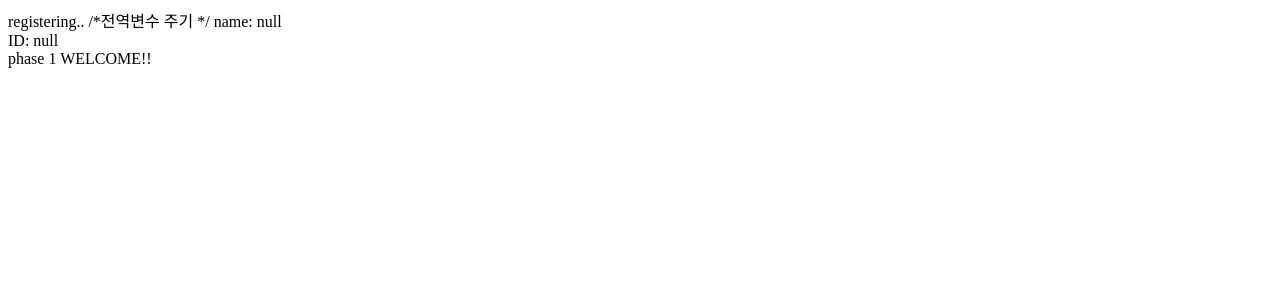
Repository: jeungmin717/BookStore
Page: http://localhost/web01/BookStore/registeration.jsp
The author's editor kept a copy of each file at every save. The page is drawn from the files as they stood at one save, then again after the next save.
The browser window is 1280 px wide. The pictures show the whole page.
The page is served by Tomcat 9.

Above is the page before, as saved 2017-06-01 04:49:04.

### BookStore/webProgramming/web01/WebContent/BookStore/registeration.jsp

<%@page import="java.sql.SQLException"%>
<%@page import="java.sql.DriverManager"%>
<%@page import="java.sql.ResultSet"%>
<%@page import="java.sql.PreparedStatement"%>
<%@page import="java.sql.Connection"%>
<%@ page language="java" contentType="text/html; charset=UTF-8" pageEncoding="UTF-8"%>



<!DOCTYPE html>
<html>
<head>
<meta http-equiv="Content-Type" content="text/html; charset=UTF-8">
<title>REGISTER GUEST</title>
</head>
<body>

registering..
/*전역변수 주기 */
<%!

int basket_count=100;
public int basket_count(){
	int basket_count =100;
	return basket_count;
}

%>


<%

Connection conn = null;
PreparedStatement pstmt = null;
ResultSet rs = null;

/*  내가 추가한 코드 들  */

String ID=request.getParameter("ID");
String password = request.getParameter("password");
String name =request.getParameter("name");
String phone=request.getParameter("phone");
String address = request.getParameter("address");
/*  내가 추가한 코드 들  */



out.println("name: " + name +"<br>");
out.println("ID: " + ID +"<br>");
%>

phase 1

<%

Class.forName("com.mysql.jdbc.Driver");
String url="jdbc:mysql://localhost:3306/bookstore";
conn=DriverManager.getConnection(url,"root","0000");

String sql="INSERT INTO `bookstore`.`customer` (`ID`, `password`, `name`, `phone`, `address`, `authorization`, `basket_basketID`) VALUES(?,?,?,?,?,0,?)";
pstmt=conn.prepareStatement(sql);

pstmt.setString(1, ID);
pstmt.setString(2, password);
pstmt.setString(3, name);
pstmt.setString(4, phone);
pstmt.setString(5, address);
pstmt.setInt(6, basket_count);
pstmt.executeUpdate();
basket_count++;


%>
WELCOME!!




</body>
</html>

After the next save:
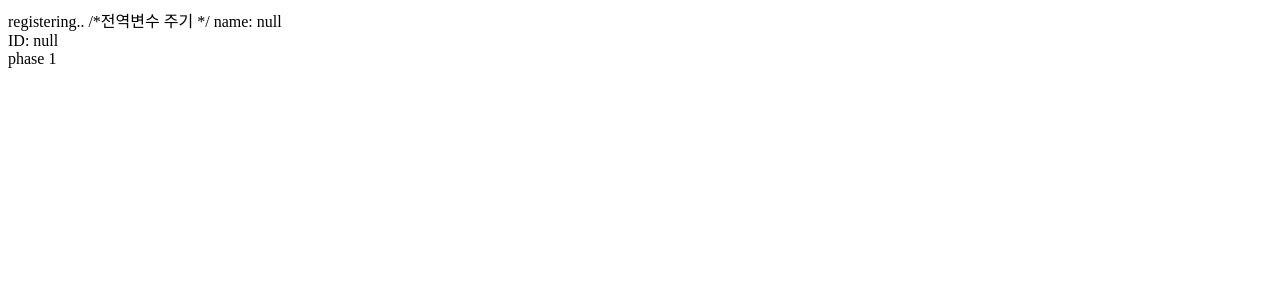
Saved 99 s later.
--- a/BookStore/webProgramming/web01/WebContent/BookStore/registeration.jsp
+++ b/BookStore/webProgramming/web01/WebContent/BookStore/registeration.jsp
@@ -72,7 +72,10 @@ basket_count++;
 
 
 %>
-WELCOME!!
+<script type="text/javascript">
+
+
+</script>
 
 
 
